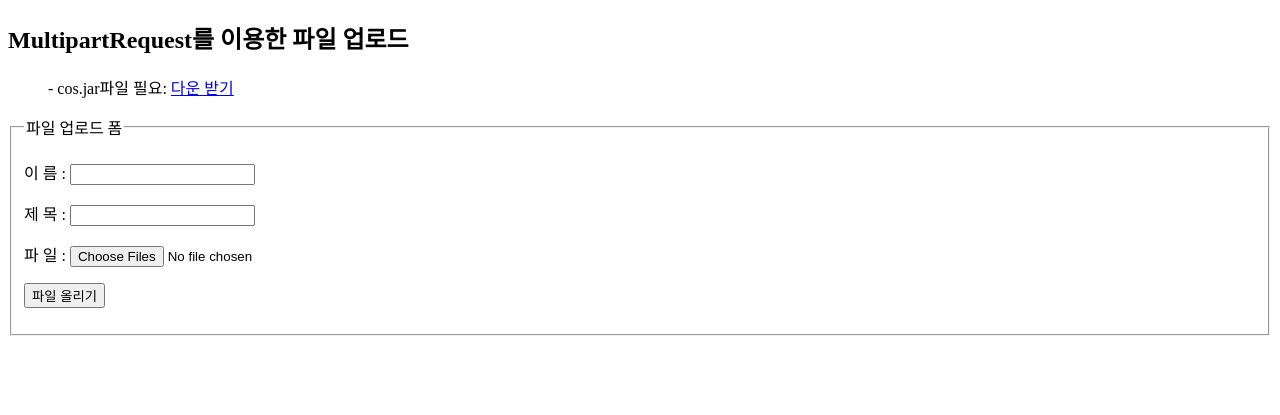
Repository: zhyuk/FullStackStudy
Page: http://localhost/jsptwo/11_01_fileupload01.jsp
These files come from the project's save history. The page is drawn as it stood at one moment and after the next save; the edit follows.
The browser window is 1280 px wide. The pictures show the whole page.
The page is served by Tomcat 9. Other server files are loaded and not shown.

Above is the page before, as saved 2024-08-29 06:21:46.

### jsp/jspwork/jsptwo/src/main/webapp/11_01_fileupload01.jsp
<%@ page language="java" contentType="text/html; charset=UTF-8" pageEncoding="UTF-8"%>
<!DOCTYPE html>
<html>
<head>
<title>File Upload</title>
<script>
	function addFileFnc() {
		/* .previousSibling : 노드단위. **공백까지도 포함한 텍스트. 나의 형제요소 중 바로 위의 형 요소 => <input type="file" name="filename1">
		** 공백까지 포함하기 때문에 input태그와 button 태그 사이에 공백 입력하면 안됨.
		.getAttribute("name").replace("filename", "")) + 1 : <input type="file" name="filename1"> 의 name 속성을 가져와서 filename을 빈 문자열로 대체.
			=>  <input type="file" name="1"> +1 => <input type="file" name="2">
		*/
		let fileAttr = Number(document.getElementById("addFileBtn").previousSibling.getAttribute("name").replace("filename", "")) + 1;

		let filesLength = document.querySelectorAll("input[type=file]").length;
		// let btn = document.getElementById("addFileBtn").cloneNode(true); btn 객체에 addFileBtn 아이디값을 가진 태그 복제함.
		let btn = document.getElementById("addFileBtn").cloneNode(true);
		document.getElementById("addFileBtn").remove();

		let ptag = document.createElement("p");
		ptag.innerHTML = '파 일 : <input type="file" name="filename'+ (fileAttr)+ '"><button type="button" id="addFileBtn" onclick="addFileFnc()">버튼 추가</button>';

		document.getElementById("filesDiv").appendChild(ptag);
		// <p>파 일 : <input type="file" name="filename2" multiple></p> 생성됨

		if (filesLength == 4) document.getElementById("addFileBtn").remove();
		// <p>파 일 : <input type="file" name="filename" multiple></p>가 4개만 생성된 후 사라짐. 5개만 올릴 수 있도록 제한
	}

	let extArr = [ "jpg", "png", "gif", "jpeg", "svg", "bmp", "webp" ];
	window.onload = function() {
		// fileForm : input[name=fileForm] => form 태그 내 입력요소의 name속성을 기술할 경우 name속성명만 기술해도 된다.
		fileForm.addEventListener('submit', function(e) {

			let lenTF = false, extTF = false;
			let attrStr = document.querySelector("input[type=file]").getAttribute('multiple');
			let cnt = 0;
			let imgs;

			// multiple 속성이 존재하는 input type='file'만 가능
			// multiple : 파일 여러 개를 업로드할 수 있게하는 속성.
			// .files : 업로드한 파일들을 "파일배열"형식으로 가져오는 속성 => 문자열 X 파일로 배열에 담아둠.
			if(attrStr == 'multiple'){
				//mutiple속성이 존재하는 input type='file'만 가능
				imgs = document.querySelector("input[type=file]").files;
				for (let i = 0; i < imgs.length; i++) {
					let extension = imgs[i].name.substring(imgs[i].name.lastIndexOf(".") + 1);
					extArr.forEach(function(obj) {
						if (obj == extension.toLowerCase()) cnt++;
					});
				}
			}else{
				imgs = document.querySelectorAll("input[type=file]");
				for (let i = 0; i < imgs.length; i++) {
					let extension = imgs[i].files[0].name.substring(imgs[i].files[0].name.lastIndexOf(".") + 1);
					extArr.forEach(function(obj) {
						if (obj == extension.toLowerCase()) cnt++;
					});
				}
			}

			if (cnt != imgs.length) alert("이미지 파일만 업로드 하실 수 있습니다.");
			else extTF = true;

			let filesLength = imgs.length;
			if (filesLength > 5) alert("파일은 최대 5개까지만 업로드할 수 있습니다.");
			else  lenTF = true;

			if (!(lenTF && extTF)) e.preventDefault(); //기본이벤트 방지
		});
	};
</script></head><body>
	<h2>MultipartRequest를 이용한 파일 업로드</h2>
	<dl><dd>
		- cos.jar파일 필요:
		<a href="https://mvnrepository.com/artifact/com.servlets/cos/05Nov2002">다운 받기</a>
	</dd></dl>
	<form name="fileForm" method="post" enctype="multipart/form-data" action="11_01_fileupload01_process.jsp">
		<fieldset name="fld">
			<legend>파일 업로드 폼</legend>
			<p> 이 름 : <input type="text" name="name"> </p>
			<p> 제 목 : <input type="text" name="subject"> </p>
<!-- 			<p>  -->
<!-- 			<input type="checkbox" name="sel" value="가">가 -->
<!-- 			<input type="checkbox" name="sel" value="나">나 -->
<!-- 			<input type="checkbox" name="sel" value="다">다 -->
<!-- 			</p> -->
			<div id="filesDiv">
				<p> 파 일 : <input type="file" name="filename" multiple='multiple'> </p>
<!-- 				<p>	파 일 : <input type="file" name="filename1"><button type="button" id="addFileBtn" onclick="addFileFnc()">버튼 추가</button></p> -->
			</div>
			<p> <input type="submit" value="파일 올리기"> </p>
		</fieldset>
	</form>
</body>
</html>

After the next save:
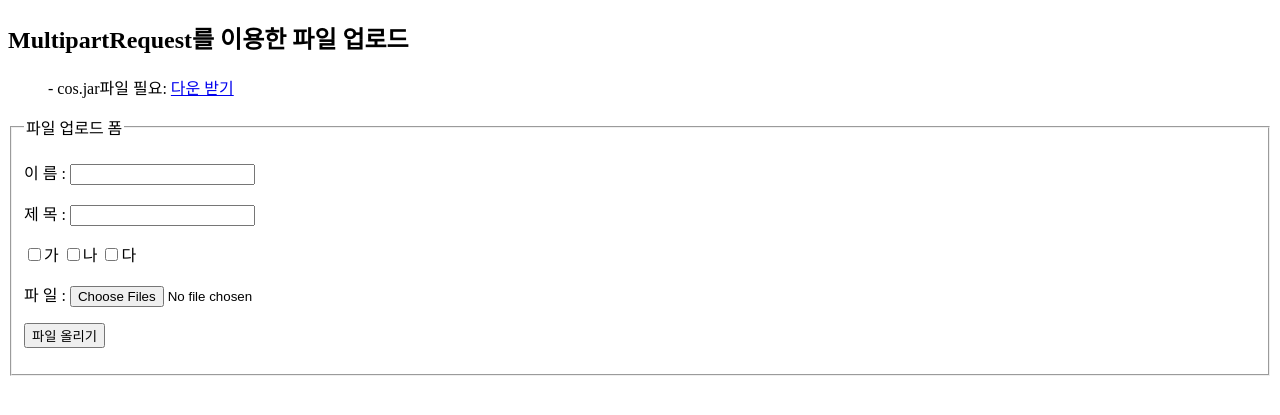
Saved 13 min 59 s later.
--- a/jsp/jspwork/jsptwo/src/main/webapp/11_01_fileupload01.jsp
+++ b/jsp/jspwork/jsptwo/src/main/webapp/11_01_fileupload01.jsp
@@ -80,11 +80,11 @@
 			<legend>파일 업로드 폼</legend>
 			<p> 이 름 : <input type="text" name="name"> </p>
 			<p> 제 목 : <input type="text" name="subject"> </p>
-<!-- 			<p>  -->
-<!-- 			<input type="checkbox" name="sel" value="가">가 -->
-<!-- 			<input type="checkbox" name="sel" value="나">나 -->
-<!-- 			<input type="checkbox" name="sel" value="다">다 -->
-<!-- 			</p> -->
+			<p>
+			<input type="checkbox" name="sel" value="가">가
+			<input type="checkbox" name="sel" value="나">나
+			<input type="checkbox" name="sel" value="다">다
+			</p>
 			<div id="filesDiv">
 				<p> 파 일 : <input type="file" name="filename" multiple='multiple'> </p>
 <!-- 				<p>	파 일 : <input type="file" name="filename1"><button type="button" id="addFileBtn" onclick="addFileFnc()">버튼 추가</button></p> -->
